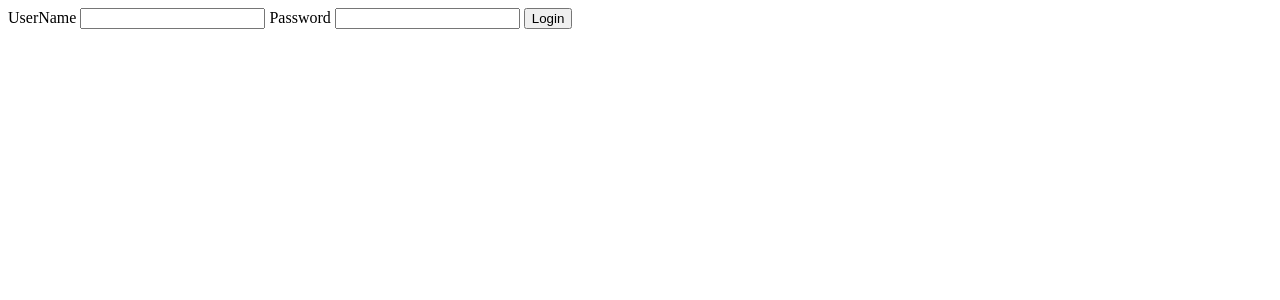
Repository: PiyumikaBandula/Secure-web-sign-up-login-pages-with-Java-HTML-JSP-and-Servlet
Page: http://localhost/Assignment1_GroupB/Register3.jsp
These files come from the project's save history. The page is drawn as it stood at one moment and after the next save; the edit follows.
The browser window is 1280 px wide. The pictures show the whole page.
The page is served by Tomcat 10. Other server files are loaded and not shown.

Above is the page before, as saved 2024-06-04 05:53:00.

### Assignment1_GroupB/src/main/webapp/Register3.jsp
<%@ page language="java" contentType="text/html; charset=ISO-8859-1"
	pageEncoding="ISO-8859-1"%>
<!DOCTYPE html PUBLIC "-//W3C//DTD HTML 4.01 Transitional//EN" "http://www.w3.org/TR/html4/loose.dtd">
<html>
<head>
<meta http-equiv="Content-Type" content="text/html; charset=ISO-8859-1">
<title>Guru Login Form</title>
</head>
<script type="text/javascript">
	function openPage(pageURL) {
		window.location.href = pageURL;
	}
</script>
<body>
	<form action="Login" method="post">
		<table style="with: 50%">
			<tr>
			</tr>
			</tr>
		</table>
		<td>UserName</td>
		<td><input type="text" name="username" /></td>
		<tr>
			<td>Password</td>
			<td><input type="password" name="password" /></td>
			<input type="submit" value="Login" /> &nbsp;&nbsp;&nbsp;&nbsp;&nbsp;

</body>
</html>

After the next save:
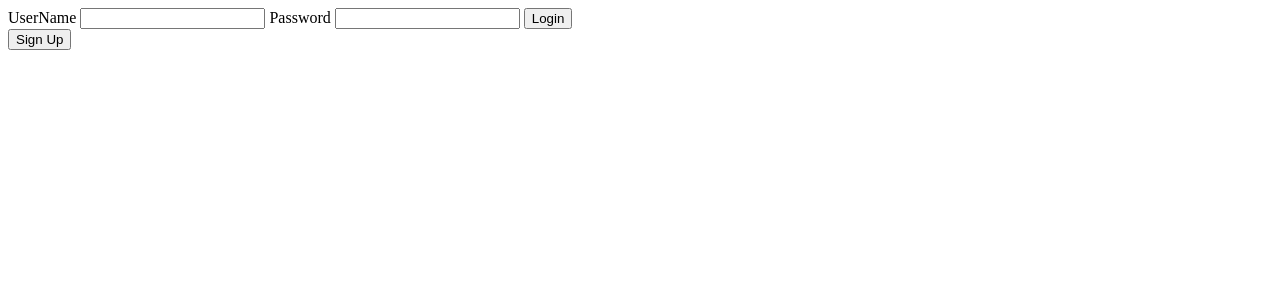
Saved 66 s later.
--- a/Assignment1_GroupB/src/main/webapp/Register3.jsp
+++ b/Assignment1_GroupB/src/main/webapp/Register3.jsp
@@ -24,6 +24,8 @@
 			<td>Password</td>
 			<td><input type="password" name="password" /></td>
 			<input type="submit" value="Login" /> &nbsp;&nbsp;&nbsp;&nbsp;&nbsp;
+	</form>
+	<input type="button" value="Sign Up" onclick="openPage('index.jsp')" />
 
 </body>
 </html>
